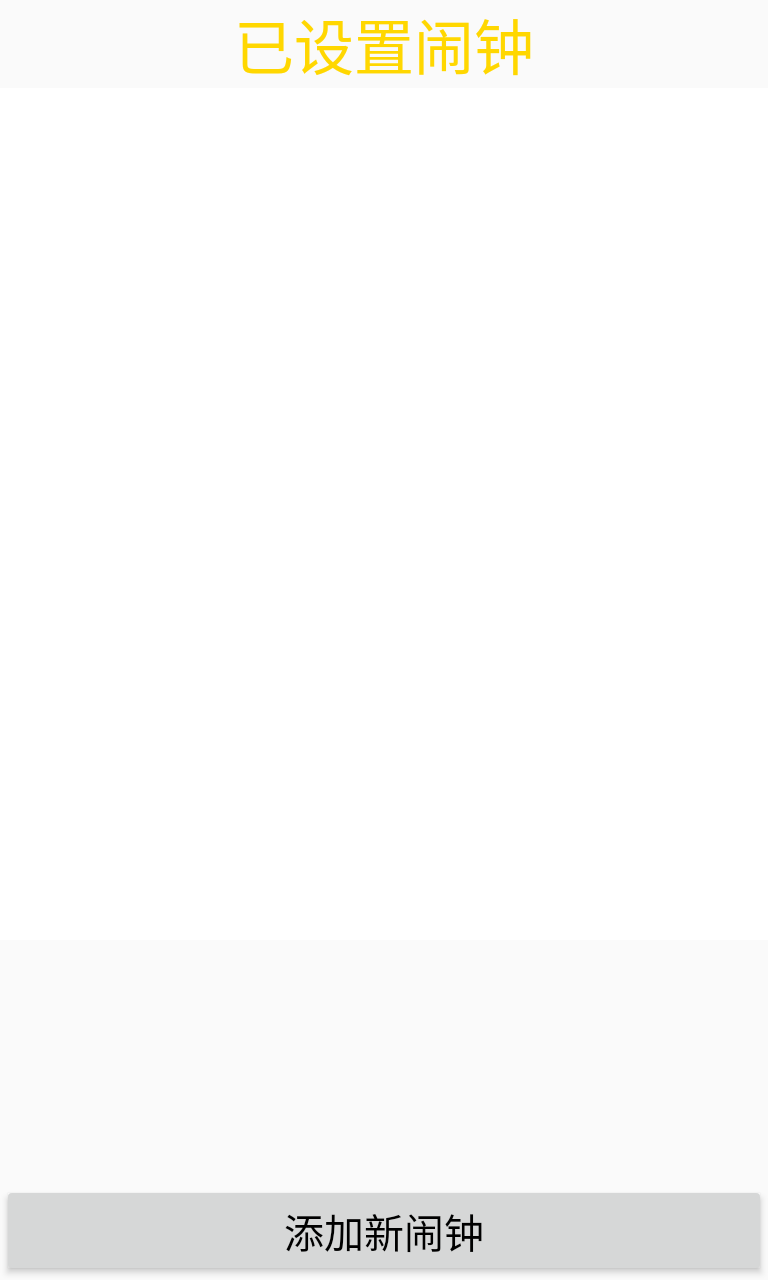
Repository: BigBug2014/BigBugAlarm
Layout: SmileAlarmTask/SmileAlarmTask/res/layout/display.xml
The author's editor kept a copy of each file at every save. The layout is drawn from the files as they stood at one save, then again after the next save.
It is drawn on a 768 x 1280 px phone screen (xhdpi) without system bars, with theme AppTheme; the app's code is not run. Lists and similar views that code fills are empty.

Above is the layout before, as saved 2014-12-18 15:13:53.

### SmileAlarmTask/SmileAlarmTask/res/layout/display.xml
<RelativeLayout
    xmlns:android="http://schemas.android.com/apk/res/android"
	android:layout_width="fill_parent"
 	android:layout_height="fill_parent">
 	<!-- 添加一个ListView控件 -->
	<TextView
	    android:id="@+id/text_display"
	    android:layout_width="wrap_content"
	    android:layout_height="wrap_content"
	    android:text="@string/clock_setted"
	    android:textColor="@drawable/gold"
	    android:layout_centerHorizontal="true"
	    android:layout_alignParentTop="true"
	    android:textSize="30sp" />
	<LinearLayout
        android:layout_width="fill_parent"
        android:layout_height="wrap_content"
        android:layout_below="@+id/text_display"
        android:baselineAligned="false"
        android:background="#00FF00">

        <ListView
            android:id="@+id/MyListView"
            android:layout_width="0dip"
            android:layout_height="426dp"
            android:layout_weight="1"
            android:background="#FFFFFF" >

        </ListView>
    </LinearLayout>
 	<Button
 	    android:id="@+id/newClock"
 	    android:layout_width="fill_parent"
 	    android:layout_height="wrap_content"
 	    android:layout_alignParentBottom="true"
 	    android:layout_alignParentLeft="true"
 	    android:text="@string/clock_new"
 	    android:textColor="@drawable/black"
 	    android:textSize="20sp" />


  </RelativeLayout>

### SmileAlarmTask/SmileAlarmTask/res/values/strings.xml
<?xml version="1.0" encoding="utf-8"?>
<resources>

    <string name="app_name">Smile Alarm</string>
    <string name="hello_world">Hello world!</string>
    <string name="action_settings">Settings</string>
    <string name="clock_show">查看已有闹钟</string>
    <string name="clock_setted">"已设置闹钟"</string>
    <string name="clock_new">"添加新闹钟"</string>
	<string name="hello">Hello World, EX06_10</string>
	<string name="str_button1">设置闹钟</string>
	<string name="str_button2">删除闹钟</string>
	<string name="str_buttonS">Setting</string>
	<string name="str_title1">只响一次的闹钟</string>
	<string name="str_title2">重复响起的闹钟</string>
	<string name="str_default">目前无设置</string>
	<string name="str_text1">开始时间</string>
	<string name="str_text2">重复响起的闹钟</string>
	<string name="str_text3">秒</string>
	<string name="list1_name">List1</string>
    <!-- This part is for the xml of setting activity -->
	<string name="str_melody">选择铃声</string>
	<string name="str_mode">选择模式</string>
	<string name="str_info">关于闹钟</string>
	<string name="str_right">Copyright reserved by BigBug Team, 2014</string>
	<string name="str_info1">本软件旨在将模式识别、人机交互引入传统闹钟，对唤醒方式进行革新，令你开心面对每一天！</string>
	<string name="str_info2">通过设置按钮，你可以更改闹铃曲目，勾选对应条目前的方框以启用闹钟解锁方式；通过新闹钟按钮，你可以设置新的闹钟时间，你最多可同时拥有三个闹钟。</string>
	<string name="str_return">返回</string>
	<string name="str_cb1">微笑解锁</string>
	<string name="str_cb2">声音解锁</string>
	<string name="str_cb3">文本解锁</string>
	<string name="face_button">表情解锁</string>
	<string name="voice_button">声音解锁</string>
    <string name="fix_button">默认解锁</string>
</resources>

### SmileAlarmTask/SmileAlarmTask/res/values/color.xml
<?xml version="1.0" encoding="utf-8"?>
<resources>
	<drawable name="white">#FFFFFFFF</drawable><!--白色 -->
	<drawable name="black">#000000</drawable>
	<drawable name="blue">#0000FF</drawable>
	<drawable name="red">#FF0000</drawable>
	<drawable name="lightgreen">#7cd12e</drawable>
	<drawable name="darkgray">#808080FF</drawable>
	<drawable name="beige">#F5F5DC</drawable><!--米色 -->
	<drawable name="azure">#F0FFFF</drawable><!--天蓝色 -->
	<drawable name="yellow">#FFFF00</drawable><!--黄色 -->
	<drawable name="bisque">#FFE4C4</drawable><!--桔黄色 -->
	<drawable name="gold">#FFD700</drawable><!--金色 -->
	<drawable name="pink">#FFC0CB</drawable><!--粉红色 -->
</resources>

Loaded but not shown: SmileAlarmTask/SmileAlarmTask/res/values/styles.xml (common file); SmileAlarmTask/SmileAlarmTask/res/values-v11/styles.xml (common file); SmileAlarmTask/SmileAlarmTask/res/values-v14/styles.xml (common file)

After the next save:
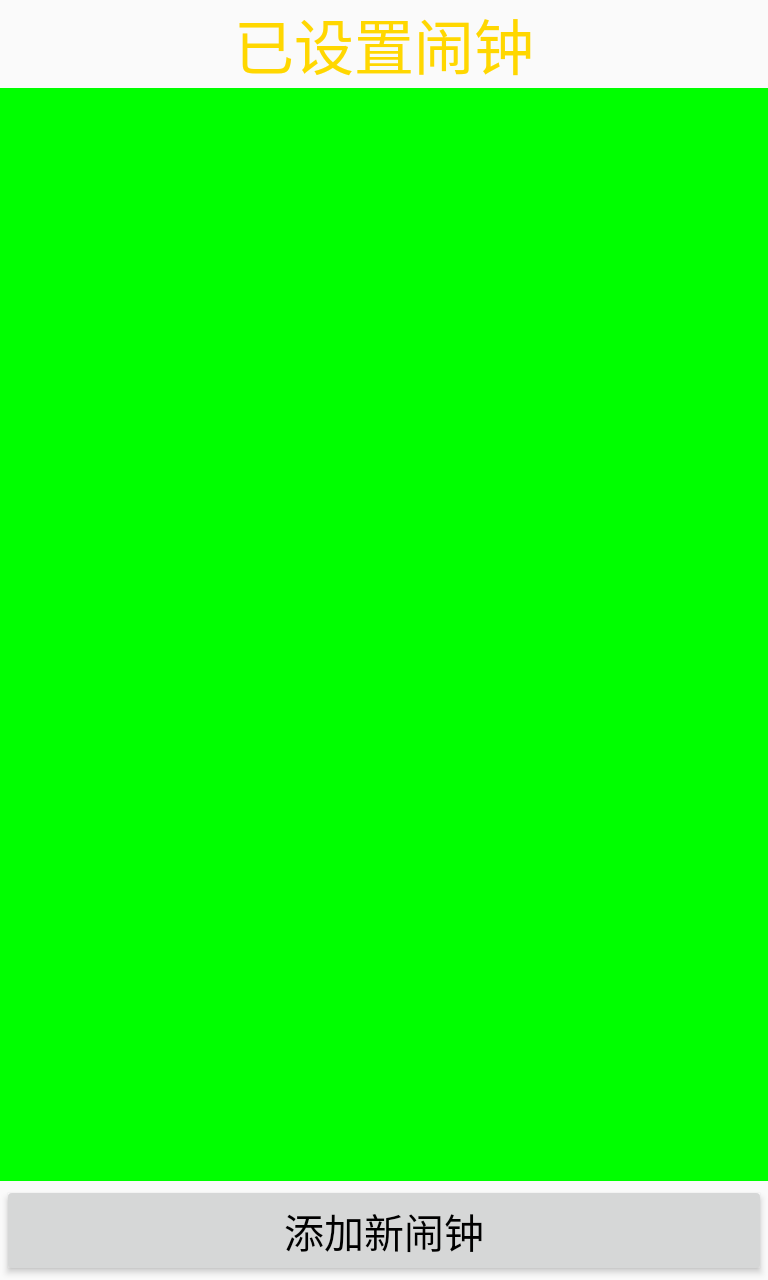
Saved 5 min 35 s later.
--- a/SmileAlarmTask/SmileAlarmTask/res/layout/display.xml
+++ b/SmileAlarmTask/SmileAlarmTask/res/layout/display.xml
@@ -16,14 +16,14 @@
         android:layout_width="fill_parent"
         android:layout_height="wrap_content"
         android:layout_below="@+id/text_display"
+        android:layout_above="@+id/newClock"
         android:baselineAligned="false"
         android:background="#00FF00">
 
         <ListView
             android:id="@+id/MyListView"
             android:layout_width="0dip"
-            android:layout_height="426dp"
-            android:layout_weight="1"
+            android:layout_height="403dp"
             android:background="#FFFFFF" >
 
         </ListView>
